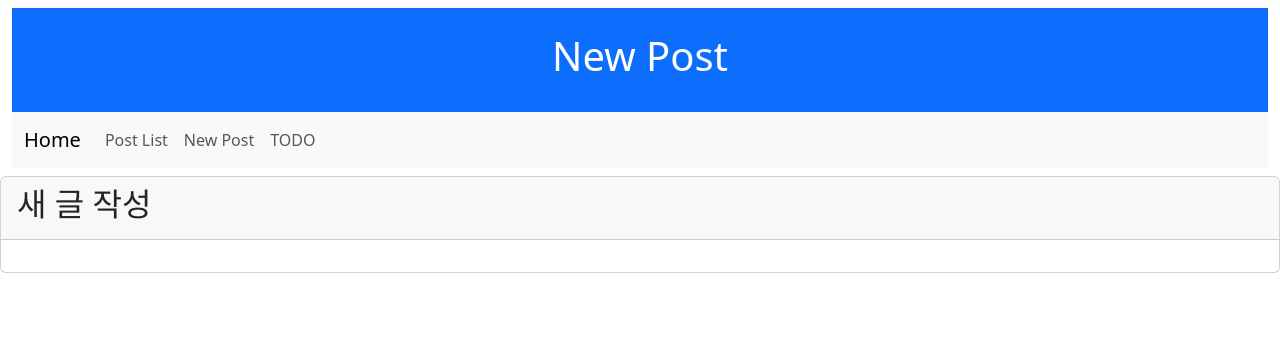
Repository: ldj0905/javaproject
Page: http://localhost/lab05_jsp/post/create
These files come from the project's save history. The page is drawn as it stood at one moment and after the next save; the edit follows.
The browser window is 1280 px wide. The pictures show the whole page.
The page is served by Tomcat 10. Other server files are loaded and not shown.

Above is the page before, as saved 2024-05-29 02:40:39.

### lab05_jsp/src/main/webapp/WEB-INF/views/post/create.jsp
<%@ page language="java" contentType="text/html; charset=UTF-8"
    pageEncoding="UTF-8" trimDirectiveWhitespaces="true"%>
<%@ taglib prefix="c" uri="jakarta.tags.core" %>
<!DOCTYPE html>
<html>
<head>
    <meta charset="UTF-8">
    <meta name="viewport" content="width=device-width, initial-scale=1">
    <title>Insert title here</title>
    <link href="https://cdn.jsdelivr.net/npm/bootstrap@5.3.3/dist/css/bootstrap.min.css"
     rel="stylesheet"
     integrity="sha384-QWTKZyjpPEjISv5WaRU9OFeRpok6YctnYmDr5pNlyT2bRjXh0JMhjY6hW+ALEwIH"
     crossorigin="anonymous">
</head>
<body>
    <div class = "container-fluid">
        <c:set var ="pageTitle" value = "New Post" scope = "page"/> <!-- 변수를 선언하겠다 ! -->
        <%@ include file = "../fragments/header.jspf" %> <!-- 헤더 jspf포함시키기 -->
    </div>
    <main>
        <div class = "mt-2 card">
            <div class = "card-header">
                <h2>새 글 작성</h2>
            </div>
            <div class="card-body">
                <c:url var = "newPostPage" value="/post/create" />
                <form method="post" action ="${newPostPage}"></form> <!-- 왜 포스트 방식으로보냄 -->
            </div>
        </div>
    </main>
    <script src="https://cdn.jsdelivr.net/npm/bootstrap@5.3.3/dist/js/bootstrap.bundle.min.js"
    integrity="sha384-YvpcrYf0tY3lHB60NNkmXc5s9fDVZLESaAA55NDzOxhy9GkcIdslK1eN7N6jIeHz"
    crossorigin="anonymous"></script>
</body>
</html>

### lab05_jsp/src/main/webapp/WEB-INF/views/fragments/header.jspf
<%@ page language="java" contentType="text/html; charset=UTF-8"
    pageEncoding="UTF-8" trimDirectiveWhitespaces="true"%>
<%@ taglib prefix="c" uri="jakarta.tags.core" %>

<header class="mt-2 p-4 bg-primary text-white text-center">
    <h1>${pageTitle}</h1>
</header>

<nav class="navbar navbar-expand-lg bg-body-tertiary">
    <div class="container-fluid">
        <c:url var="homePage" value="/" />
        <a class="navbar-brand" href="${homePage}">Home</a>
        <button class="navbar-toggler" type="button"
            data-bs-toggle="collapse" data-bs-target="#navbarNav"
            aria-controls="navbarNav" aria-expanded="false"
            aria-label="Toggle navigation">
            <span class="navbar-toggler-icon"></span>
        </button>
        <div class="collapse navbar-collapse" id="navbarNav">
            <ul class="navbar-nav">
                <li class="nav-item">
                    <c:url var="postListPage" value="/post/list" />
                    <a class="nav-link" href="${postListPage}">Post List</a>
                </li>
                <li class="nav-item">
                    <c:url var="newPostPage" value="/post/create" />
                    <a class="nav-link" href="${newPostPage}">New Post</a>
                </li>
                <li class="nav-item">
                    <a class="nav-link" href="#">TODO</a>
                </li>
            </ul>
        </div>
    </div>
</nav>

### lab05_jsp/src/main/java/com/itwill/lab05/web/PostCreateController.java
package com.itwill.lab05.web;

import java.io.IOException;

import org.slf4j.Logger;
import org.slf4j.LoggerFactory;

import jakarta.servlet.ServletException;
import jakarta.servlet.annotation.WebServlet;
import jakarta.servlet.http.HttpServlet;
import jakarta.servlet.http.HttpServletRequest;
import jakarta.servlet.http.HttpServletResponse;
//HttpServlet 상속받기
@WebServlet(name = "PostCreateController",urlPatterns = {"/post/create"}) // <<< 얘 왜하는건지 생각좀 해보기
public class PostCreateController extends HttpServlet{
	private static final long serialVersionUID = 1L;

	private static final Logger log = LoggerFactory.getLogger(PostCreateController.class); // 얘는 왜 쓰는거고 클래스이름은 왜넣는지


	//링크를 클릭해서 들어오는거는 GET방식임
	@Override
	protected void doGet(HttpServletRequest req, HttpServletResponse resp) throws ServletException, IOException {
		log.debug("doGet()");
		//TODO 새 글을 작성할 수있는 폼(양식)을 작성하는 뷰(JSP)로 이동 시켜주는 역할.
		//JSP로 이동시키는이유 -> 귀찮아서
		req.getRequestDispatcher("/WEB-INF/views/post/create.jsp").forward(req, resp); //주소 왜 WEB-INF 부터 ?
	}



}

After the next save:
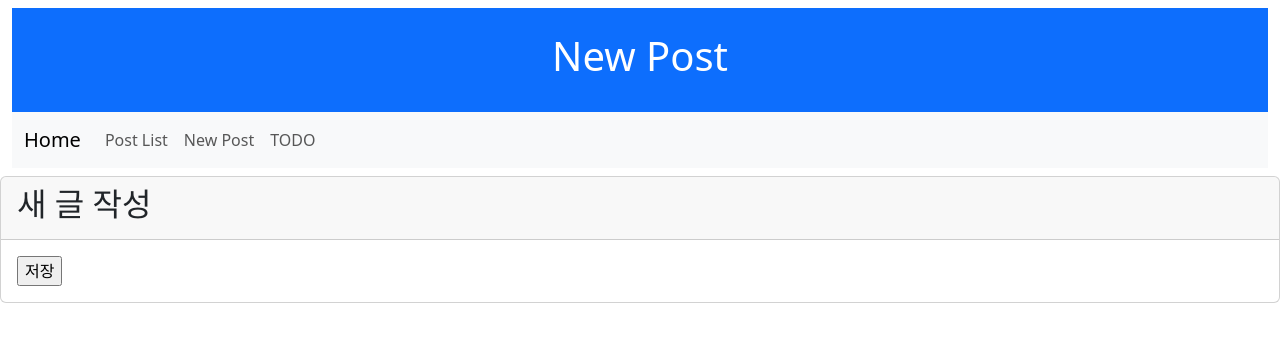
Saved 58 s later.
--- a/lab05_jsp/src/main/webapp/WEB-INF/views/post/create.jsp
+++ b/lab05_jsp/src/main/webapp/WEB-INF/views/post/create.jsp
@@ -25,6 +25,10 @@
             <div class="card-body">
                 <c:url var = "newPostPage" value="/post/create" />
                 <form method="post" action ="${newPostPage}"></form> <!-- 왜 포스트 방식으로보냄 -->
+
+                    <div>
+                        <input type = "submit" value="저장"/>
+                    </div>
             </div>
         </div>
     </main>
